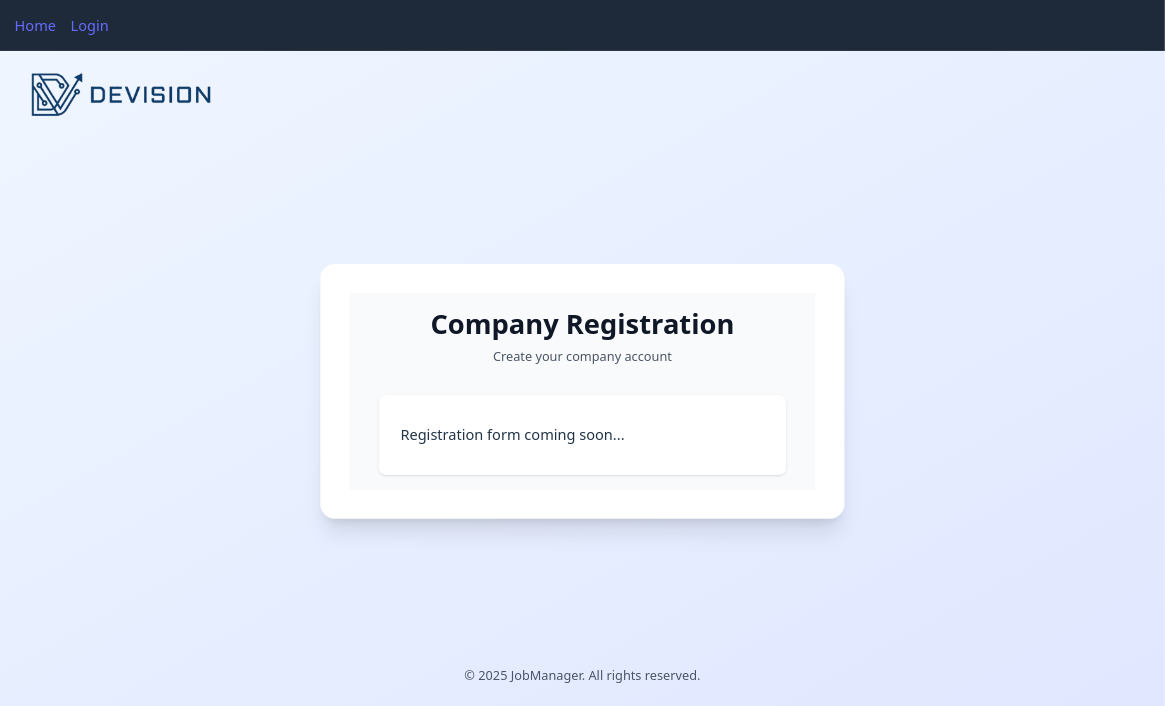
Repository: ISYS3461-2025C-Mulan-DEVision/JobManager_FE
Page: /register
These files come from the project's save history. The page is drawn as it stood at one moment and after the next save; the edit follows.
The browser window is 1280 px wide. The pictures show the whole page, at 91% of full size.
The project was rebuilt for these pictures with package versions that can differ from the ones it lists, and the page was loaded fresh each time. Also part of the build but not shown: vite.config.js, src/pages/Home.tsx, src/components/headless/Table/Table.tsx, src/components/headless/Modal/Modal.tsx, src/components/ui/Card/Card.tsx, src/components/ui/Spinner/Spinner.tsx, src/components/ui/Alert/Alert.tsx, src/components/feature/Authentication/CompanyLogin/CompanyLoginForm.tsx and 4 more.

Above is the page before, as saved 2025-12-12 12:18:38.

### index.html
<!doctype html>
<html lang="en">
  <head>
    <meta charset="UTF-8" />
    <link rel="icon" type="image/svg+xml" href="/logo/logo-icon.png" />
    <meta name="viewport" content="width=device-width, initial-scale=1.0" />
    <title>jobmanager-fe</title>
  </head>
  <body>
    <div id="root"></div>
    <script type="module" src="/src/main.jsx"></script>
  </body>
</html>

### src/main.tsx
import React, { StrictMode } from "react";
import { createRoot } from "react-dom/client";
import "./index.css";
import { BrowserRouter } from "react-router-dom";
import App from "./App.js";
import { Provider } from "react-redux";
import store from "./store/index.js";

const container = document.getElementById("root")!;
if (!container) {
    throw new Error("Root container not found");
} else {
    createRoot(container).render(
        <StrictMode>
            <Provider store={store}>
                <BrowserRouter>
                    <App />
                </BrowserRouter>
            </Provider>
        </StrictMode>,
    );
}

### src/index.css
@import "tailwindcss";

:root {
    font-family: system-ui, Avenir, Helvetica, Arial, sans-serif;
    line-height: 1.5;
    font-weight: 400;

    color-scheme: light dark;
    color: rgba(255, 255, 255, 0.87);
    background-color: #242424;

    font-synthesis: none;
    text-rendering: optimizeLegibility;
    -webkit-font-smoothing: antialiased;
    -moz-osx-font-smoothing: grayscale;
}

a {
    font-weight: 500;
    color: #646cff;
    text-decoration: inherit;
}
a:hover {
    color: #535bf2;
}

body {
    margin: 0;
    min-width: 320px;
    min-height: 100vh;
}

h1 {
    font-size: 3.2em;
    line-height: 1.1;
}

button {
    border-radius: 8px;
    border: 1px solid transparent;
    padding: 0.6em 1.2em;
    font-size: 1em;
    font-weight: 500;
    font-family: inherit;
    background-color: #1a1a1a;
    cursor: pointer;
    transition: border-color 0.25s;
}
button:hover {
    border-color: #646cff;
}
button:focus,
button:focus-visible {
    outline: 4px auto -webkit-focus-ring-color;
}

@media (prefers-color-scheme: light) {
    :root {
        color: #213547;
        background-color: #ffffff;
    }
    a:hover {
        color: #747bff;
    }
    button {
        background-color: #f9f9f9;
    }
}

### src/App.tsx
import { Routes, Route, Link, useLocation } from "react-router-dom";
import Home from "./pages/Home";
import LoginPage from "./pages/LoginPage";
import RegistrationPage from "./pages/RegistrationPage";

function App() {
    const location = useLocation();
    const isAuthPage = location.pathname === "/login";

    return (
        <div>
            {!isAuthPage && (
                <nav className="p-4 bg-gray-800 text-white flex gap-4">
                    <Link to="/">Home</Link>
                    <Link to="/login">Login</Link>
                </nav>
            )}

            <Routes>
                <Route path="/" element={<Home />} />
                <Route path="/login" element={<LoginPage />} />
                <Route path="/register" element={<RegistrationPage />} />
            </Routes>
        </div>
    );
}

export default App;

### src/store/index.ts
import configureStore from "./configureStore";
const store = configureStore();
export default store;

### src/pages/RegistrationPage.tsx
import React from "react";
import AuthLayout from "../layout/AuthLayout";

export default function RegistrationPage() {
    return (
        <AuthLayout>
            <div className="flex flex-col items-center justify-center bg-gray-50 py-4 px-1 sm:px-6 lg:px-8">
                <div className="text-center mb-8">
                    <h2 className="text-3xl font-bold text-gray-900">
                        Company Registration
                    </h2>
                    <p className="mt-2 text-sm text-gray-600">
                        Create your company account
                    </p>
                </div>
                <div className="w-full max-w-md bg-white py-8 px-6 shadow rounded-lg">
                    <p>Registration form coming soon...</p>
                </div>
            </div>
        </AuthLayout>
    );
}

### src/store/configureStore.ts
import { createStore, applyMiddleware, Store } from "redux";
import { createLogger } from "redux-logger";
import createSagaMiddleware from "redux-saga";
import { enableBatching } from "redux-batched-actions";
import createReducer from "./reducers";
import rootSaga from "./saga";

const configureStore = (initialState = {}): Store => {
    const rootReducer = createReducer();
    const sagaMiddleware = createSagaMiddleware();

    const middlewares = [sagaMiddleware];

    const isDev = import.meta.env.VITE_NODE_ENV === "development";

    if (isDev) {
        const loggerMiddleware = createLogger({
            collapsed: () => true,
        });
        (middlewares as any[]).push(loggerMiddleware);
    }

    const store = createStore(
        enableBatching(rootReducer),
        initialState,
        applyMiddleware(...middlewares),
    );

    sagaMiddleware.run(rootSaga);

    return store;
};

export default configureStore;

### src/redux/app/actions.ts
import * as types from "./type";

const setLoading = (payload: boolean) => ({ type: types.SET_LOADING, payload });
const setError = (payload: string | null) => ({
    type: types.SET_ERROR,
    payload,
});
const setInitialized = (payload: boolean) => ({
    type: types.SET_INITIALIZED,
    payload,
});
const reset = () => ({ type: types.RESET });

const toggleLoadingAsync = (payload: boolean) => ({
    type: types.TOGGLE_LOADING_ASYNC,
    payload,
});

export default {
    setLoading,
    setError,
    setInitialized,
    reset,
    toggleLoadingAsync,
};

### src/store/reducers.ts
import { combineReducers } from "redux";
import { reducers } from "../redux";
import _ from "lodash";

const appReducer = combineReducers(reducers);
export default function createReducer() {
    const rootReducer = (state, action) => {
        if (action.type === "FORCE_UPDATE_GLOBAL_STATE") {
            return appReducer(_.cloneDeep(action.payload), action as never);
        }
        return appReducer(state, action as never);
    };

    return rootReducer;
}

### src/store/saga.ts
import { all, fork } from "redux-saga/effects";
import { sagas } from "../redux";

export default function* rootSaga() {
    yield all([...Object.values(sagas)].map(fork));
}

### src/redux/app/type.ts
const prefix = "APP/";

export const SET_LOADING = `${prefix}SET_LOADING`;
export const SET_ERROR = `${prefix}SET_ERROR`;
export const SET_INITIALIZED = `${prefix}SET_INITIALIZED`;
export const RESET = `${prefix}RESET`;

// test async action
export const TOGGLE_LOADING_ASYNC = `${prefix}TOGGLE_LOADING_ASYNC`;

### src/redux/index.ts
const loadModules = (modules: Record<string, any>, hasDefault = false) =>
    Object.entries(modules).map(([path, mod]) => {
        const parts = path.split("/");
        return {
            name: parts.at(-1)!.replace(".js", "").toUpperCase(),
            key: parts.at(-2)!,
            data: hasDefault ? mod.default : mod,
        };
    });

const rawActions = loadModules(
    import.meta.glob("./**/actions.ts", { eager: true }),
    true,
);

const rawTypes = loadModules(
    import.meta.glob("./**/types.ts", { eager: true }),
    false,
);

const rawReducers = loadModules(
    import.meta.glob("./**/reducer.ts", { eager: true }),
    true,
);

const rawSagas = loadModules(
    import.meta.glob("./**/saga.ts", { eager: true }),
    false,
);

// Final exports
export const actions = rawActions.reduce((p, e) => ({ ...p, ...e.data }), {});
export const types = rawTypes.reduce((p, e) => ({ ...p, ...e.data }), {});
export const reducers = rawReducers.reduce(
    (p, e) => ({ ...p, [e.key]: e.data }),
    {},
);
export const sagas = rawSagas.reduce((p, e) => ({ ...p, ...e.data }), {});

### src/redux/app/reducer.ts
import * as types from "./type";
export interface AppState {
    loading: boolean;
    error: string | null;
    initialized?: boolean;
    test: string;
}

const INITIAL_STATE: AppState = {
    loading: true,
    error: null,
    initialized: false,
    test: "test",
};

type Action = { type: string; payload?: any };

export default function appReducer(
    state: AppState = INITIAL_STATE,
    action: Action,
): AppState {
    switch (action.type) {
        case types.SET_LOADING:
            return { ...state, loading: !!action.payload };
        case types.SET_ERROR:
            return { ...state, error: action.payload ?? null, loading: false };
        case types.SET_INITIALIZED:
            return { ...state, initialized: !!action.payload };
        case types.RESET:
            return { ...INITIAL_STATE };
        default:
            return state;
    }
}

### src/redux/app/saga.ts
import { takeEvery, put, delay } from "redux-saga/effects";
import * as types from "./type";
import actions from "./actions";

function* handleToggleLoading(action: any) {
    yield delay(300);
    yield put(actions.setLoading(action.payload));
}

export function* watchToggleLoading() {
    yield takeEvery(types.TOGGLE_LOADING_ASYNC, handleToggleLoading);
}

### src/components/feature/Authentication/CompanySignup/index.ts
export { CompanySignup } from "./CompanySignup";
export { CompanySignupForm } from "./CompanySignupForm";
export type { SignupPayload, SignupResponse, AuthError } from "./types";

### src/components/feature/Authentication/CompanySignup/CompanySignup.tsx
import React from "react";
import { HeadlessForm } from "@/components/headless";
import { CompanySignupForm } from "./CompanySignupForm";
import { useCompanySignup } from "./hooks/useCompanySignup";
import { SignupPayload } from "./types";

// Validation function
const validateSignupForm = (values: SignupPayload) => {
    const errors: Partial<Record<keyof SignupPayload, string>> = {};

    if (!values.companyName) {
        errors.companyName = "Company name is required";
    }

    if (!values.email) {
        errors.email = "Email is required";
    } else if (!/^[A-Z0-9._%+-]+@[A-Z0-9.-]+\.[A-Z]{2,}$/i.test(values.email)) {
        errors.email = "Invalid email address";
    }

    if (!values.password) {
        errors.password = "Password is required";
    } else if (values.password.length < 6) {
        errors.password = "Password must be at least 6 characters";
    }

    if (!values.confirmPassword) {
        errors.confirmPassword = "Please confirm your password";
    } else if (values.password !== values.confirmPassword) {
        errors.confirmPassword = "Passwords do not match";
    }

    return errors;
};

export const CompanySignup: React.FC = () => {
    const { signup, isLoading, error } = useCompanySignup();

    return (
        <HeadlessForm<SignupPayload>
            initialValues={{ companyName: "", email: "", password: "", confirmPassword: "" }}
            onSubmit={signup}
            validate={validateSignupForm}
        >
            {(formProps) => (
                <CompanySignupForm
                    {...formProps}
                    isLoading={isLoading}
                    error={error}
                />
            )}
        </HeadlessForm>
    );
};

### src/components/headless/index.ts
// Headless Components - Logic without UI
export { HeadlessForm } from "./Form";
export { HeadlessTable } from "./Table";
export { useTable } from "./Table/useTable";
export { HeadlessModal } from "./Modal";

// Types
export * from "./types";
export type { TableColumn } from "./Table/useTable";

### src/components/feature/Authentication/CompanySignup/hooks/useCompanySignup.ts
import { useState } from "react";
import AuthService, { SignupPayload } from "../../api/AuthService";

export const useCompanySignup = () => {
    const [isLoading, setIsLoading] = useState(false);
    const [error, setError] = useState<string | null>(null);

    const signup = async (formData: SignupPayload) => {
        setIsLoading(true);
        setError(null);

        try {
            await AuthService.signupCompany(formData);
            // Handle success (e.g., redirect, store token)
            console.log("Signup successful");
        } catch (err) {
            setError("Failed to sign up. Please try again.");
            console.error(err);
        } finally {
            setIsLoading(false);
        }
    };

    return {
        signup,
        isLoading,
        error,
    };
};

### src/components/ui/index.ts
// UI Components - Presentational components with styling
export * from "./Button";
export * from "./Input";
export * from "./Card";
export * from "./Spinner";
export * from "./Alert";
export * from "./GoogleLogo";

### src/components/headless/Form/index.ts
export { HeadlessForm } from "./Form";

### src/components/headless/Table/index.ts
export { HeadlessTable } from "./Table";
export { useTable } from "./useTable";
export type { TableColumn } from "./useTable";

### src/components/headless/Table/useTable.ts
import { useState, useMemo } from "react";

export interface TableColumn<T> {
  key: keyof T;
  header: string;
  render?: (item: T) => React.ReactNode;
}

interface UseTableProps<T> {
  data: T[];
  columns: TableColumn<T>[];
  initialPage?: number;
  pageSize?: number;
}

export const useTable = <T>({
  data,
  initialPage = 1,
  pageSize = 10,
}: UseTableProps<T>) => {
  const [currentPage, setCurrentPage] = useState(initialPage);
  const [sortConfig, setSortConfig] = useState<{
    key: keyof T;
    direction: "asc" | "desc";
  } | null>(null);

  const sortedData = useMemo(() => {
    let sortableItems = [...data];
    if (sortConfig !== null) {
      sortableItems.sort((a, b) => {
        if (a[sortConfig.key] < b[sortConfig.key]) {
          return sortConfig.direction === "asc" ? -1 : 1;
        }
        if (a[sortConfig.key] > b[sortConfig.key]) {
          return sortConfig.direction === "asc" ? 1 : -1;
        }
        return 0;
      });
    }
    return sortableItems;
  }, [data, sortConfig]);

  const paginatedData = useMemo(() => {
    const startIndex = (currentPage - 1) * pageSize;
    return sortedData.slice(startIndex, startIndex + pageSize);
  }, [sortedData, currentPage, pageSize]);

  const totalPages = Math.ceil(data.length / pageSize);

  const requestSort = (key: keyof T) => {
    let direction: "asc" | "desc" = "asc";
    if (
      sortConfig &&
      sortConfig.key === key &&
      sortConfig.direction === "asc"
    ) {
      direction = "desc";
    }
    setSortConfig({ key, direction });
  };

  const goToPage = (page: number) => {
    if (page >= 1 && page <= totalPages) {
      setCurrentPage(page);
    }
  };

  return {
    data: paginatedData,
    sortConfig,
    requestSort,
    currentPage,
    totalPages,
    goToPage,
  };
};

### src/components/headless/Modal/index.ts
export { HeadlessModal } from "./Modal";

### src/components/headless/types.ts
// Headless Form Types
export interface HeadlessFormProps<T> {
    initialValues?: T;
    onSubmit: (values: T) => void;
    validate?: (values: T) => Partial<Record<keyof T, string>>;
    children: (props: FormRenderProps<T>) => React.ReactNode;
    className?: string;
}

export interface FormRenderProps<T> {
    values: T;
    errors: Partial<Record<keyof T, string>>;
    touched: Partial<Record<keyof T, boolean>>;
    handleChange: (
        e: React.ChangeEvent<
            HTMLInputElement | HTMLTextAreaElement | HTMLSelectElement
        >,
    ) => void;
    handleBlur: (field: keyof T) => void;
    handleSubmit: (e: React.FormEvent) => void;
    setFieldValue: (field: keyof T, value: any) => void;
    isValid: boolean;
}

// Headless Table Types
export interface TableColumn<T> {
    key: keyof T;
    label: string;
    sortable?: boolean;
    render?: (value: any, item: T) => React.ReactNode;
}

export interface HeadlessTableProps<T> {
    data: T[];
    columns: TableColumn<T>[];
    pageSize?: number;
    className?: string;
    renderHeader?: (
        columns: TableColumn<T>[],
        requestSort: (key: keyof T) => void,
        sortConfig: SortConfig<T> | null,
    ) => React.ReactNode;
    renderRow?: (item: T, columns: TableColumn<T>[]) => React.ReactNode;
    renderPagination?: (pagination: PaginationProps) => React.ReactNode;
}

export interface SortConfig<T> {
    key: keyof T;
    direction: "asc" | "desc";
}

export interface PaginationProps {
    currentPage: number;
    totalPages: number;
    goToPage: (page: number) => void;
    nextPage: () => void;
    prevPage: () => void;
}

// Headless Modal Types
export interface HeadlessModalProps {
    isOpen: boolean;
    onClose: () => void;
    children: (props: ModalRenderProps) => React.ReactNode;
    closeOnOverlayClick?: boolean;
    closeOnEscape?: boolean;
}

export interface ModalRenderProps {
    close: () => void;
}

### src/components/feature/Authentication/api/AuthService.ts
// import { HttpClient } from "../../../../services/httpClient";

export interface LoginPayload {
    email: string;
    password: string;
}

export interface SignupPayload {
    companyName: string;
    email: string;
    password: string;
    confirmPassword: string;
}

export const loginCompany = async (payload: LoginPayload) => {
    // Replace with actual API endpoint
    // return HttpClient.post('/auth/company/login', payload);

    // Mock implementation for now
    console.log("Logging in company with:", payload);
    return new Promise((resolve) => {
        setTimeout(
            () =>
                resolve({
                    token: "mock-token",
                    user: { name: "Company Admin" },
                }),
            1000,
        );
    });
};

export const signupCompany = async (payload: SignupPayload) => {
    // Replace with actual API endpoint
    // return HttpClient.post('/auth/company/signup', payload);

    // Mock implementation for now
    console.log("Signing up company with:", payload);
    return new Promise((resolve) => {
        setTimeout(
            () =>
                resolve({
                    token: "mock-token",
                    user: { name: payload.companyName },
                }),
            1000,
        );
    });
};

const AuthService = {
    loginCompany,
    signupCompany,
};

export default AuthService;

### src/components/ui/Button/index.ts
export { Button } from "./Button";
export type { ButtonProps } from "./Button";

### src/components/ui/Input/index.ts
export { Input } from "./Input";
export type { InputProps } from "./Input";

### src/components/ui/Card/index.ts
export { Card, CardHeader, CardBody, CardFooter } from "./Card";
export type { CardProps } from "./Card";

### src/components/ui/Spinner/index.ts
export { Spinner } from "./Spinner";
export type { SpinnerProps } from "./Spinner";

### src/components/ui/Alert/index.ts
export { Alert } from "./Alert";
export type { AlertProps } from "./Alert";

### src/components/ui/GoogleLogo/index.ts
export { GoogleLogo } from "./GoogleLogo";
export type { GoogleLogoProps } from "./GoogleLogo";

### src/components/ui/Input/Input.tsx
import React from "react";
import clsx from "clsx";

export interface InputProps extends React.InputHTMLAttributes<HTMLInputElement> {
    label?: string;
    error?: string;
    helperText?: string;
    fullWidth?: boolean;
}

export const Input: React.FC<InputProps> = ({
    label,
    error,
    helperText,
    fullWidth = false,
    className,
    id,
    ...props
}) => {
    const inputId = id || label?.toLowerCase().replace(/\s+/g, "-");

    return (
        <div className={clsx("flex flex-col gap-1", fullWidth && "w-full")}>
            {label && (
                <label
                    htmlFor={inputId}
                    className="text-sm font-medium text-gray-700"
                >
                    {label}
                </label>
            )}
            <input
                id={inputId}
                className={clsx(
                    "px-3 py-2 border rounded-lg focus:outline-none focus:ring-2 transition-colors",
                    "text-gray-900 placeholder:text-gray-400",
                    error
                        ? "border-red-500 focus:ring-red-500 focus:border-red-500"
                        : "border-gray-300 focus:ring-blue-500 focus:border-blue-500",
                    props.disabled && "bg-gray-100 cursor-not-allowed",
                    className,
                )}
                {...props}
            />
            {error && <span className="text-sm text-red-600">{error}</span>}
            {helperText && !error && (
                <span className="text-sm text-gray-500">{helperText}</span>
            )}
        </div>
    );
};

### src/components/ui/GoogleLogo/GoogleLogo.tsx
import React from "react";
import clsx from "clsx";

export interface GoogleLogoProps {
    size?: "sm" | "md" | "lg";
    className?: string;
}

export const GoogleLogo: React.FC<GoogleLogoProps> = ({
    size = "md",
    className,
}) => {
    const sizeClasses = {
        sm: "w-4 h-4",
        md: "w-5 h-5",
        lg: "w-6 h-6",
    };

    return (
        <svg
            className={clsx(sizeClasses[size], className)}
            viewBox="0 0 24 24"
            xmlns="http://www.w3.org/2000/svg"
        >
            <path
                d="M22.56 12.25c0-.78-.07-1.53-.2-2.25H12v4.26h5.92c-.26 1.37-1.04 2.53-2.21 3.31v2.77h3.57c2.08-1.92 3.28-4.74 3.28-8.09z"
                fill="#4285F4"
            />
            <path
                d="M12 23c2.97 0 5.46-.98 7.28-2.66l-3.57-2.77c-.98.66-2.23 1.06-3.71 1.06-2.86 0-5.29-1.93-6.16-4.53H2.18v2.84C3.99 20.53 7.7 23 12 23z"
                fill="#34A853"
            />
            <path
                d="M5.84 14.09c-.22-.66-.35-1.36-.35-2.09s.13-1.43.35-2.09V7.07H2.18C1.43 8.55 1 10.22 1 12s.43 3.45 1.18 4.93l2.85-2.22.81-.62z"
                fill="#FBBC05"
            />
            <path
                d="M12 5.38c1.62 0 3.06.56 4.21 1.64l3.15-3.15C17.45 2.09 14.97 1 12 1 7.7 1 3.99 3.47 2.18 7.07l3.66 2.84c.87-2.6 3.3-4.53 6.16-4.53z"
                fill="#EA4335"
            />
        </svg>
    );
};

Loaded but not shown: src/components/feature/Authentication/CompanySignup/CompanySignupForm.tsx (154 lines, source omitted); src/components/headless/Form/Form.tsx (93 lines, source omitted); src/components/ui/Button/Button.tsx (81 lines, source omitted); src/layout/AuthLayout.tsx (51 lines, source omitted)

After the next save:
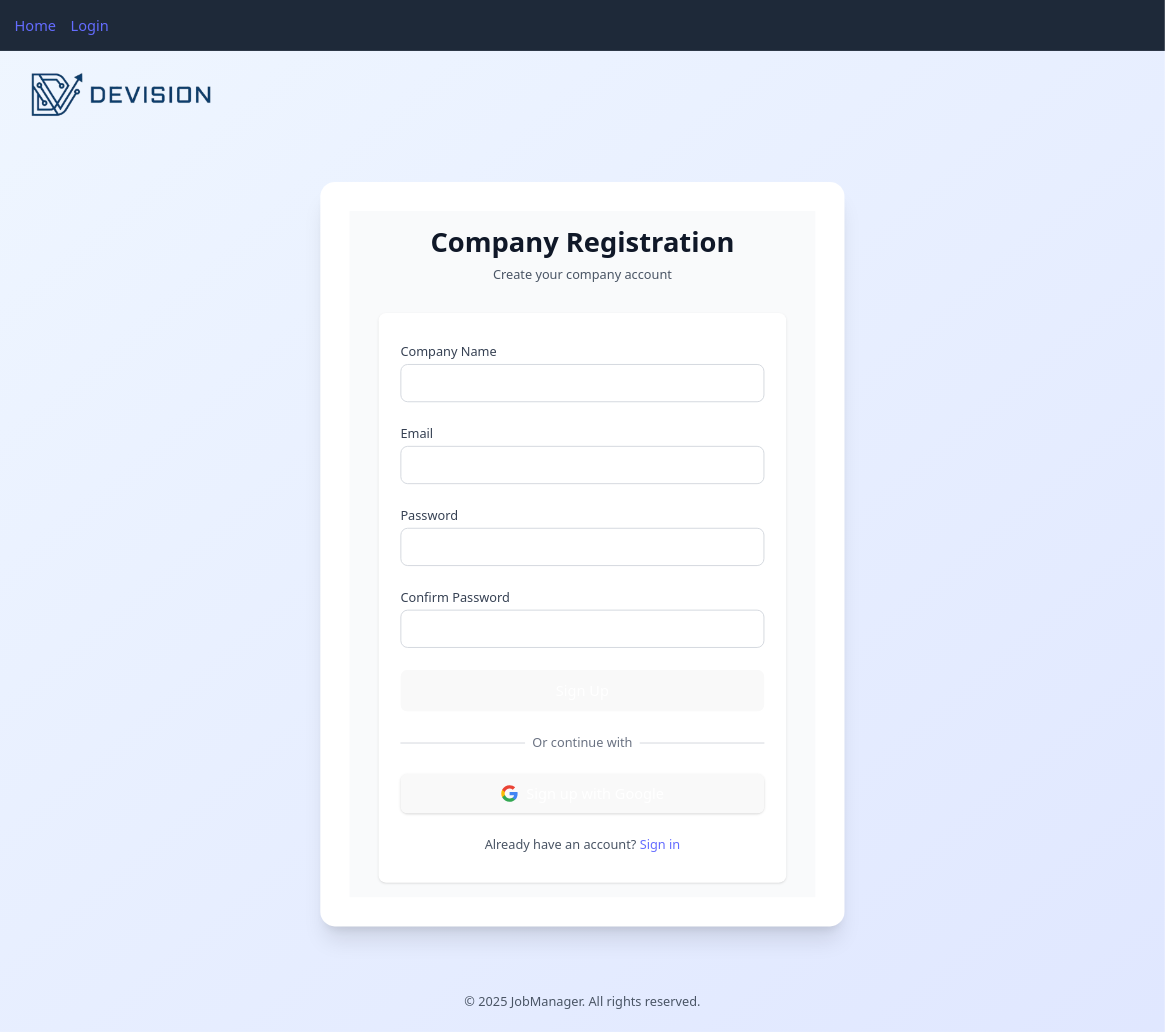
Saved 2 s later.
--- a/src/pages/RegistrationPage.tsx
+++ b/src/pages/RegistrationPage.tsx
@@ -1,22 +1,11 @@
 import React from "react";
+import { CompanySignup } from "../components/feature/Authentication/CompanySignup";
 import AuthLayout from "../layout/AuthLayout";
 
 export default function RegistrationPage() {
     return (
         <AuthLayout>
-            <div className="flex flex-col items-center justify-center bg-gray-50 py-4 px-1 sm:px-6 lg:px-8">
-                <div className="text-center mb-8">
-                    <h2 className="text-3xl font-bold text-gray-900">
-                        Company Registration
-                    </h2>
-                    <p className="mt-2 text-sm text-gray-600">
-                        Create your company account
-                    </p>
-                </div>
-                <div className="w-full max-w-md bg-white py-8 px-6 shadow rounded-lg">
-                    <p>Registration form coming soon...</p>
-                </div>
-            </div>
+            <CompanySignup />
         </AuthLayout>
     );
 }
